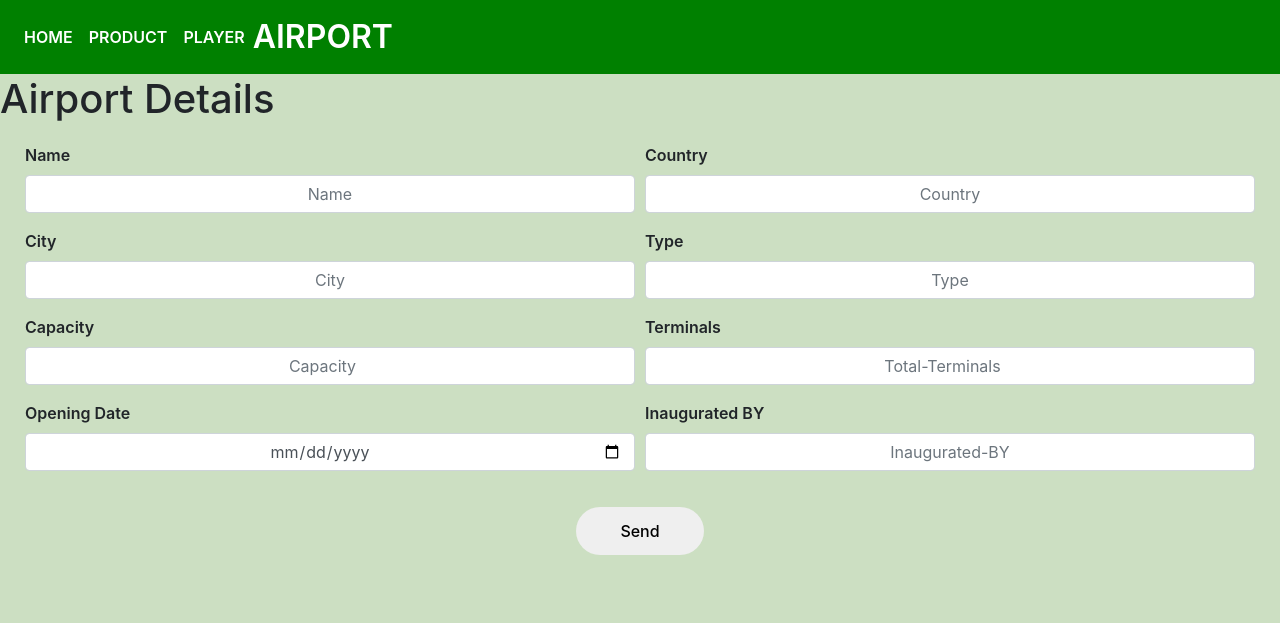
Repository: 05Mohammedismail/xworkz--Advance-Java
Page: http://localhost/Sep13_JSP/airport.jsp
The author's editor kept a copy of each file at every save. The page is drawn from the files as they stood at one save, then again after a run of saves.
The browser window is 1280 px wide. The pictures show the whole page.
The page is served by Tomcat 9. Other server files are loaded and not shown.

Above is the page before, as saved 2023-09-14 04:43:30.

### Sep13_JSP/src/main/webapp/airport.jsp
<%@ page language="java" contentType="text/html; charset=ISO-8859-1"
    pageEncoding="ISO-8859-1"%>
<!doctype html>
<html lang="en">
  <head>
    <meta charset="utf-8">
    <meta name="viewport" content="width=device-width, initial-scale=1">
    <title>MY-JSP</title>
<link rel="stylesheet" href="https://cdn.jsdelivr.net/npm/bootstrap@4.1.3/dist/css/bootstrap.min.css" integrity="sha384-MCw98/SFnGE8fJT3GXwEOngsV7Zt27NXFoaoApmYm81iuXoPkFOJwJ8ERdknLPMO" crossorigin="anonymous">

<style type="text/css">

body{
background-color: rgb(204, 223, 194);
}
.navbar-brand{
font-size: 2em;
}
.navbar{
background: green;
margin-bottom: 1px;
font-weight:600;
color: white;
}
.nav-link:hover{
text-decoration: underline;
}

.form-row{
margin: 20px;
position: relative;
}

.send{
position: absolute;
right: 45%;
border-radius: 40px;
height: 3em;
width: 8em;
outline: none;
border: none;
font-weight: 500;
cursor: pointer;
}

.send:hover{
background: lime;
}

.form-control{
text-align: center;
}

.form-group label{
font-weight: 600;
}

</style>

</head>

  <body>
   <nav class="navbar navbar-expand-lg navbar-light">
  <div class="collapse navbar-collapse" id="navbarNav">
    <ul class="navbar-nav">
      <li class="nav-item">
        <a class="nav-link text-white" href="index.jsp">HOME</a>
      </li>
      <li class="nav-item">
        <a class="nav-link text-white" href="product.jsp">PRODUCT</a>
      </li>
      <li class="nav-item">
        <a class="nav-link text-white" href="player.jsp">PLAYER</a>
      </li>
    </ul>
    <a class="navbar-brand">AIRPORT</a>
  <button class="navbar-toggler" type="button" data-toggle="collapse" data-target="#navbarNav" aria-controls="navbarNav" aria-expanded="false" aria-label="Toggle navigation">
    <span class="navbar-toggler-icon"></span>
  </button>
  </div>
</nav>

<h1>Airport Details</h1>
<form action="airport" method="post">
  <div class="form-row">
    <div class="form-group col-md-6">
      <label class="label">Name</label>
      <input type="text" class="form-control" placeholder="Name" name="name">
    </div>

    <div class="form-group col-md-6">
      <label>Country</label>
      <input type="text" class="form-control" placeholder="Country" name="country">
    </div>

    <div class="form-group col-md-6">
      <label >City</label>
      <input type="text" class="form-control" placeholder="City" name="city">
    </div>


    <div class="form-group col-md-6">
      <label >Type</label>
      <input type="text" class="form-control" placeholder="Type" name="type">
    </div>

    <div class="form-group col-md-6">
      <label>Capacity</label>
      <input type="number" class="form-control" placeholder="Capacity" name="capacity">
    </div>

    <div class="form-group col-md-6">
      <label>Terminals</label>
      <input type="number" class="form-control" placeholder="Total-Terminals" name="terminals">
    </div>

    <div class="form-group col-md-6">
      <label >Opening Date</label>
      <input type="date" class="form-control" placeholder="Opening-Date" name="open">
    </div>

    <div class="form-group col-md-6">
      <label >Inaugurated BY</label>
      <input type="text" class="form-control" placeholder="Inaugurated-BY" name="inauguratedBY">
    </div>
 </div>
 <input class="send" type="submit" value="Send">
</form>
    <script src="https://cdn.jsdelivr.net/npm/bootstrap@5.3.1/dist/js/bootstrap.bundle.min.js" integrity="sha384-HwwvtgBNo3bZJJLYd8oVXjrBZt8cqVSpeBNS5n7C8IVInixGAoxmnlMuBnhbgrkm" crossorigin="anonymous"></script>
  </body>
</html>

After the next 2 saves:
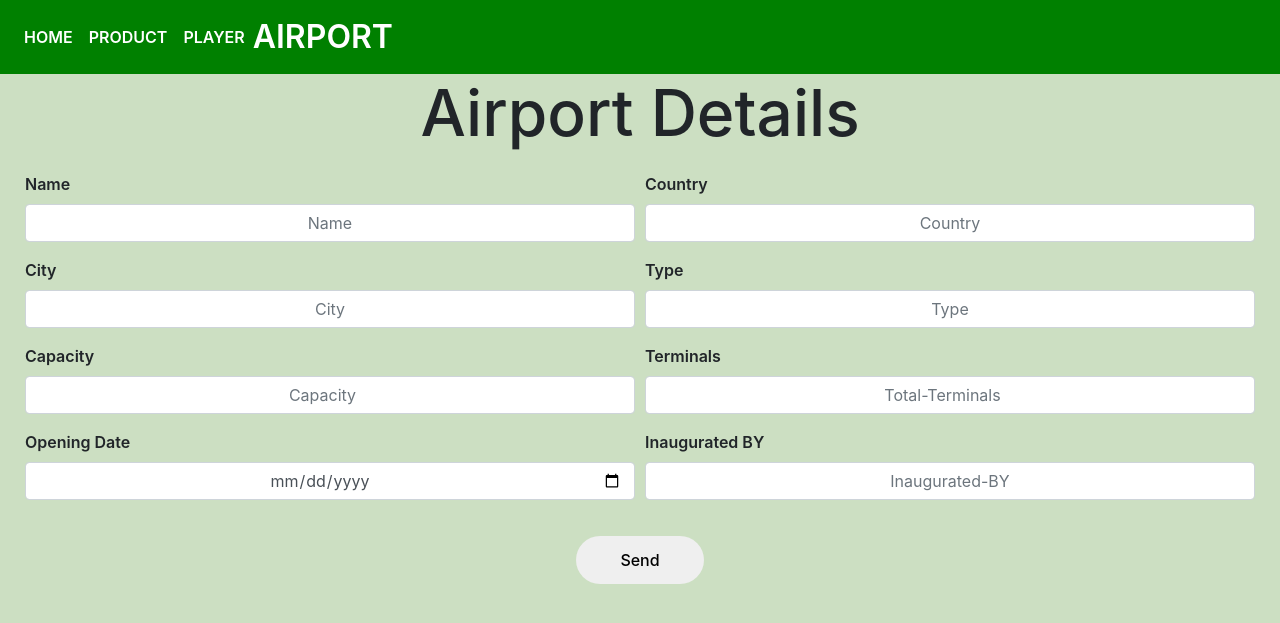
The 2 saves are shown as one change because they came seconds apart.
The last was saved 18 s later.
--- a/Sep13_JSP/src/main/webapp/airport.jsp
+++ b/Sep13_JSP/src/main/webapp/airport.jsp
@@ -13,6 +13,12 @@
 body{
 background-color: rgb(204, 223, 194);
 }
+
+body h1{
+text-align: center;
+font-size: 4em;
+}
+
 .navbar-brand{
 font-size: 2em;
 }
